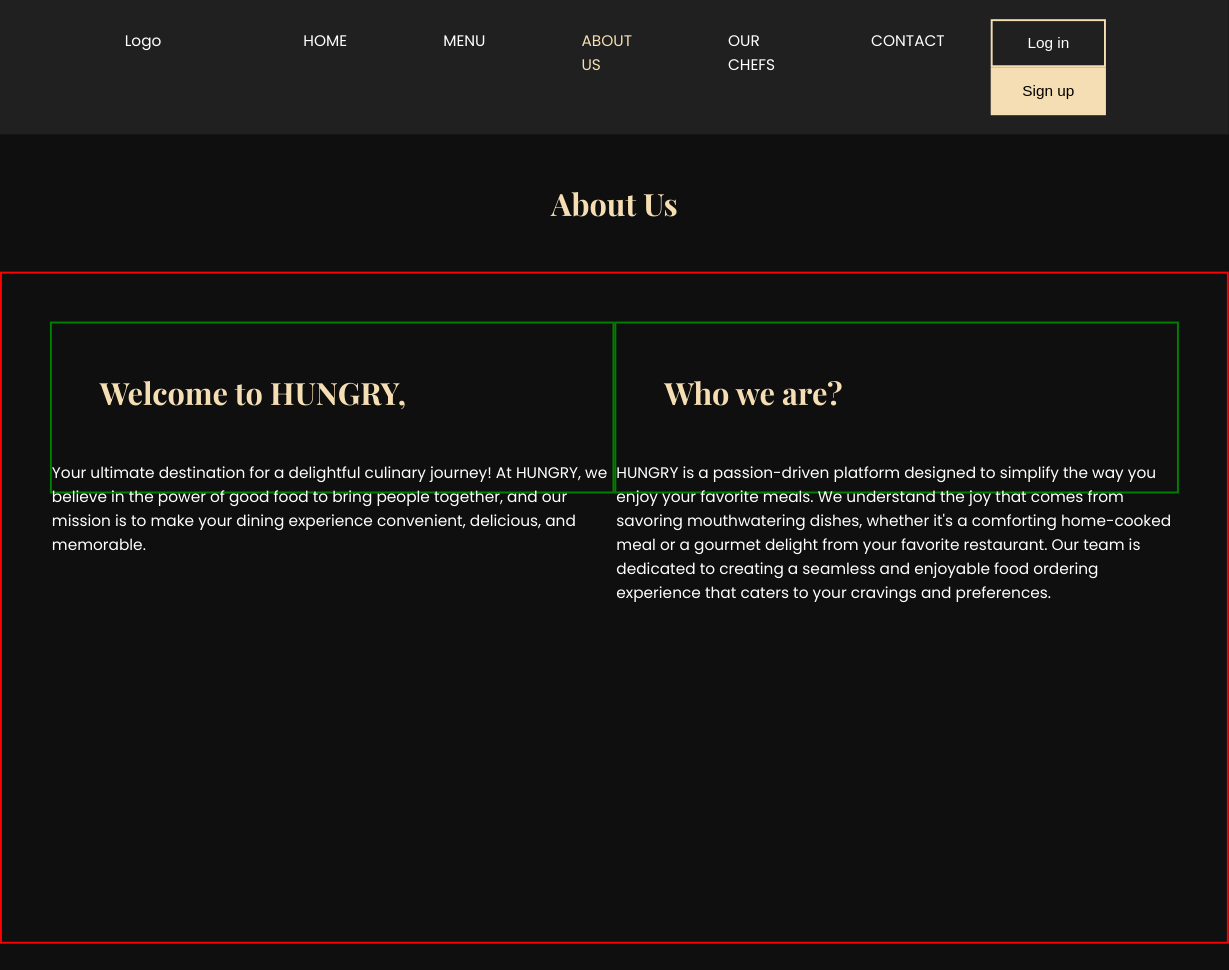
Repository: ThisIsSahaj/NSP
Page: about.html
These files come from the project's save history. The page is drawn as it stood at one moment and after the next save; the edit follows.
The browser window is 1280 px wide. The pictures show the whole page, at 96% of full size.

Above is the page before, as saved 2023-12-26 22:14:56.

After the next save:
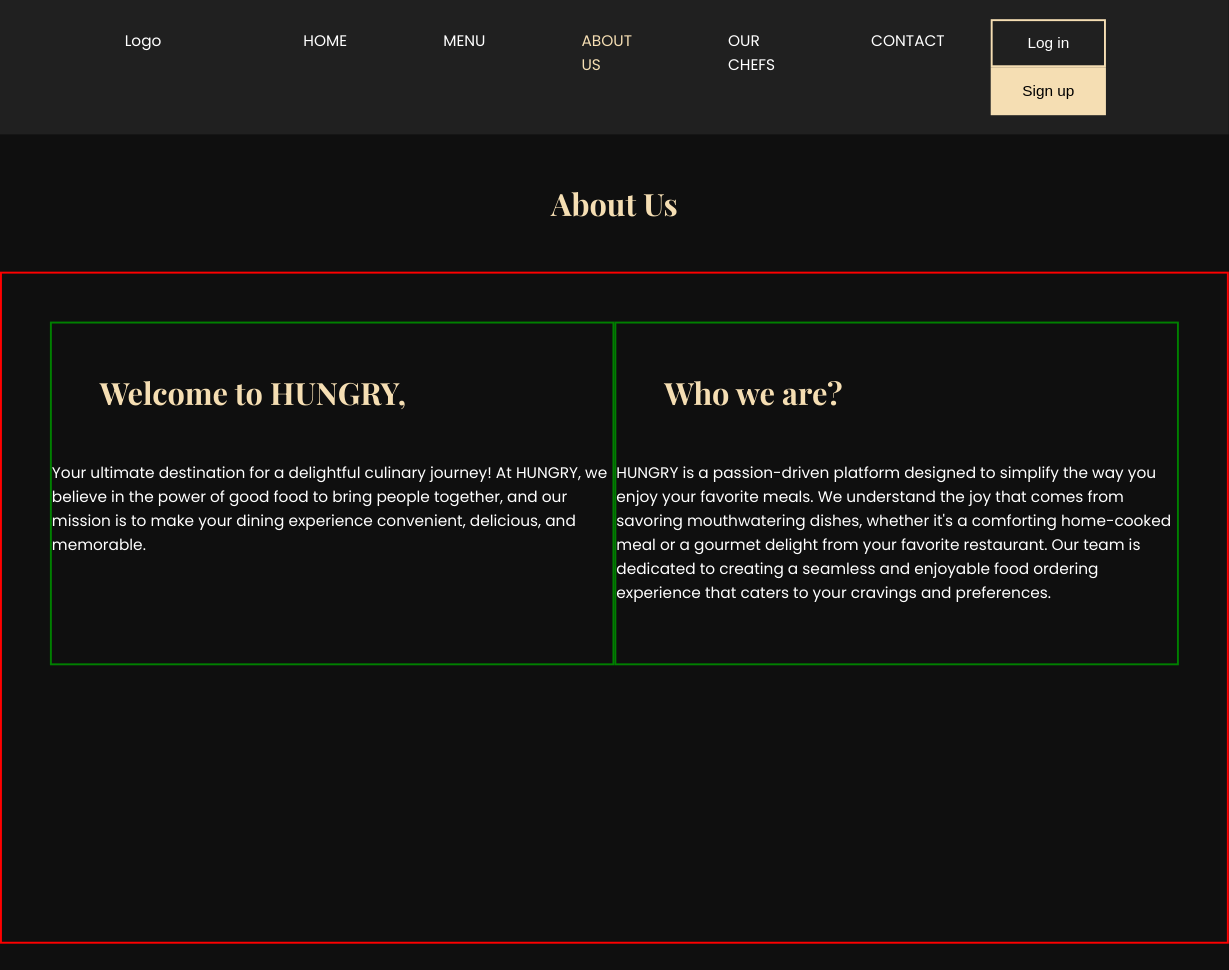
Saved 4 s later.
--- a/style.css
+++ b/style.css
@@ -186,5 +186,5 @@ align-items: center;
  .aboutBox div{
     width: 50%;
     border: 2px solid green;
-    height: 30%;
+    height: 60%;
  }
